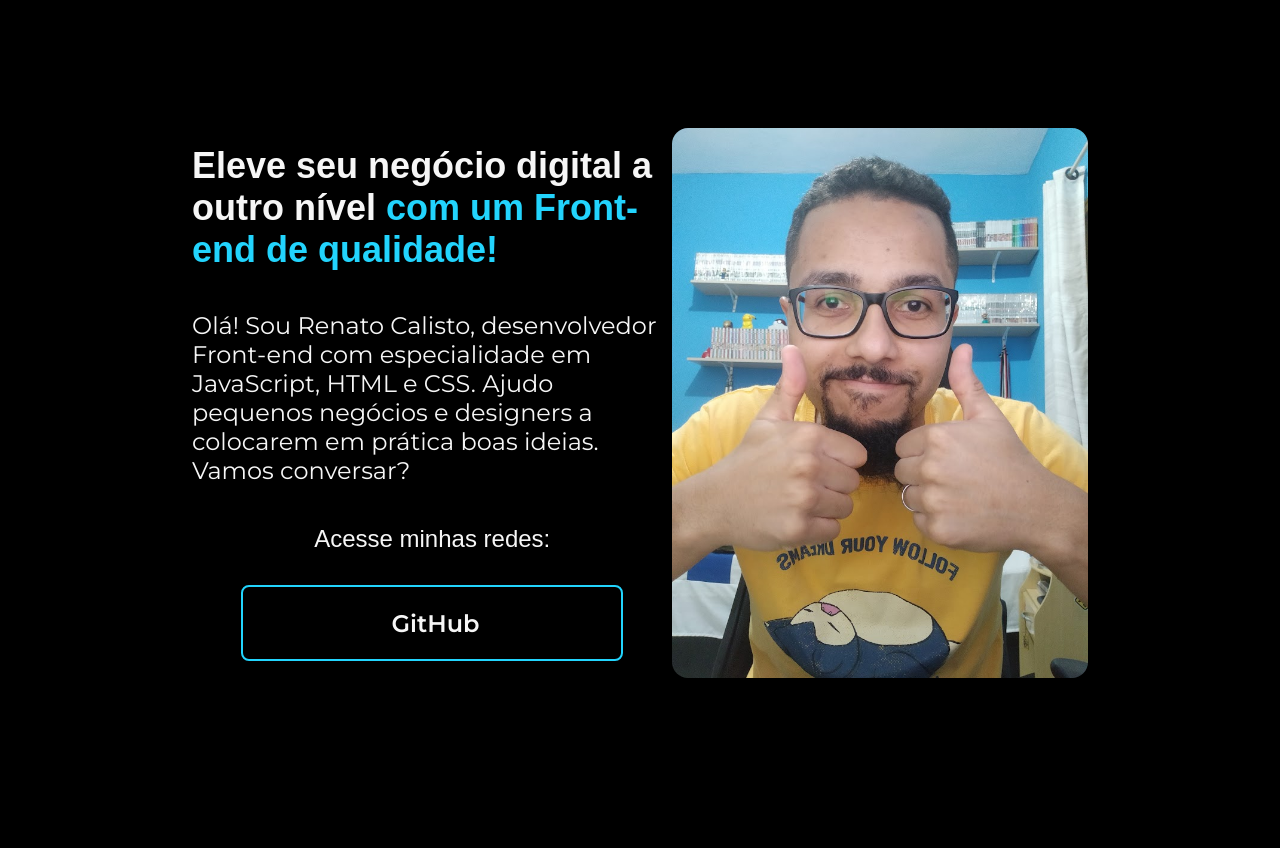
Repository: RenatoCCS/Portfolio_Alura
Page: index.html
An editor plug-in stored every save of this project. The page is shown before and after the next save, followed by the edit.
The browser window is 1280 px wide. The pictures show the whole page.
Some web fonts or font styles are not loaded; a fallback is used.

Above is the page before, as saved 2023-02-28 15:18:37.

After the next save:
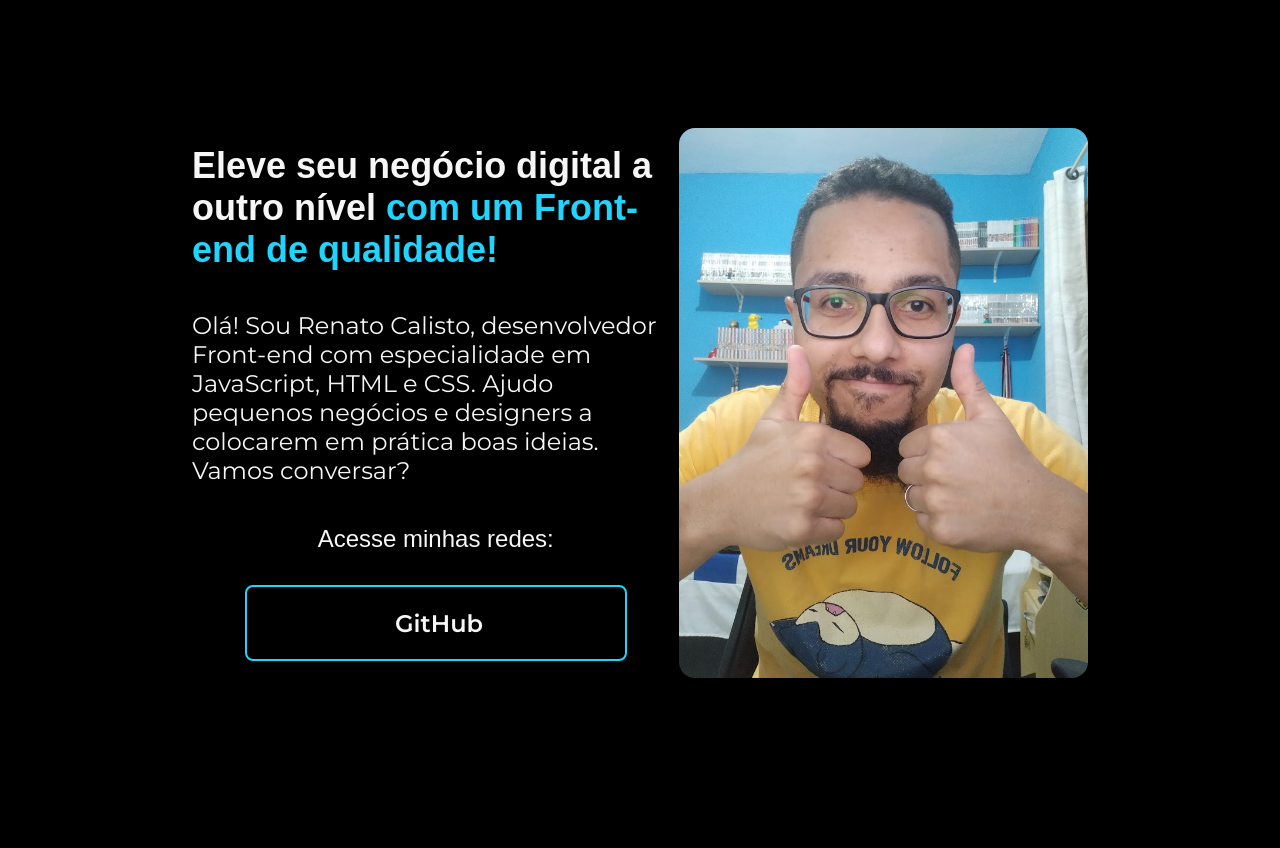
Saved 8 s later.
--- a/style.css
+++ b/style.css
@@ -71,7 +71,7 @@ body {
 /*Utilizei minha foto e fui adaptando o tamanho de acordo com o que tinha no figma*/
 .apresentacao__foto {
   height: 550px;
-  width: 532px;
+  width: 490px;
   left: 1032px;
   top: 253px;
   border-radius: 16px;
